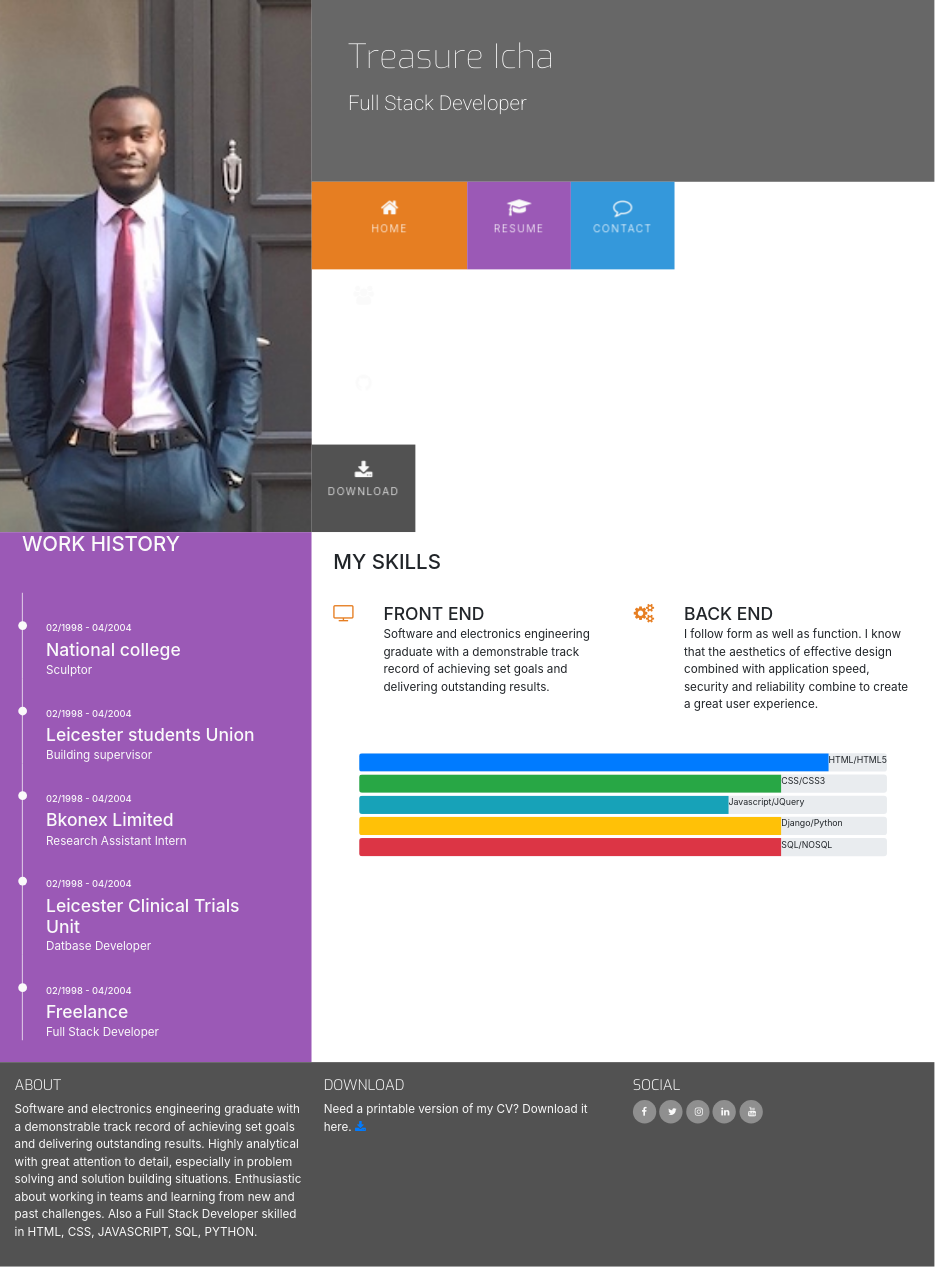
Repository: IchaTreasure/cv-project
Page: resume.html
The author's editor kept a record of every edit. The page is drawn from the files as they stood at one moment, then again after the next edit.
The browser window is 1280 px wide. The page is 1295 px wide, so the pictures cover 1295 px, including what lies to the right of the window. The pictures show the whole page, at 73% of full size.

Above is the page before.

After the next edit:
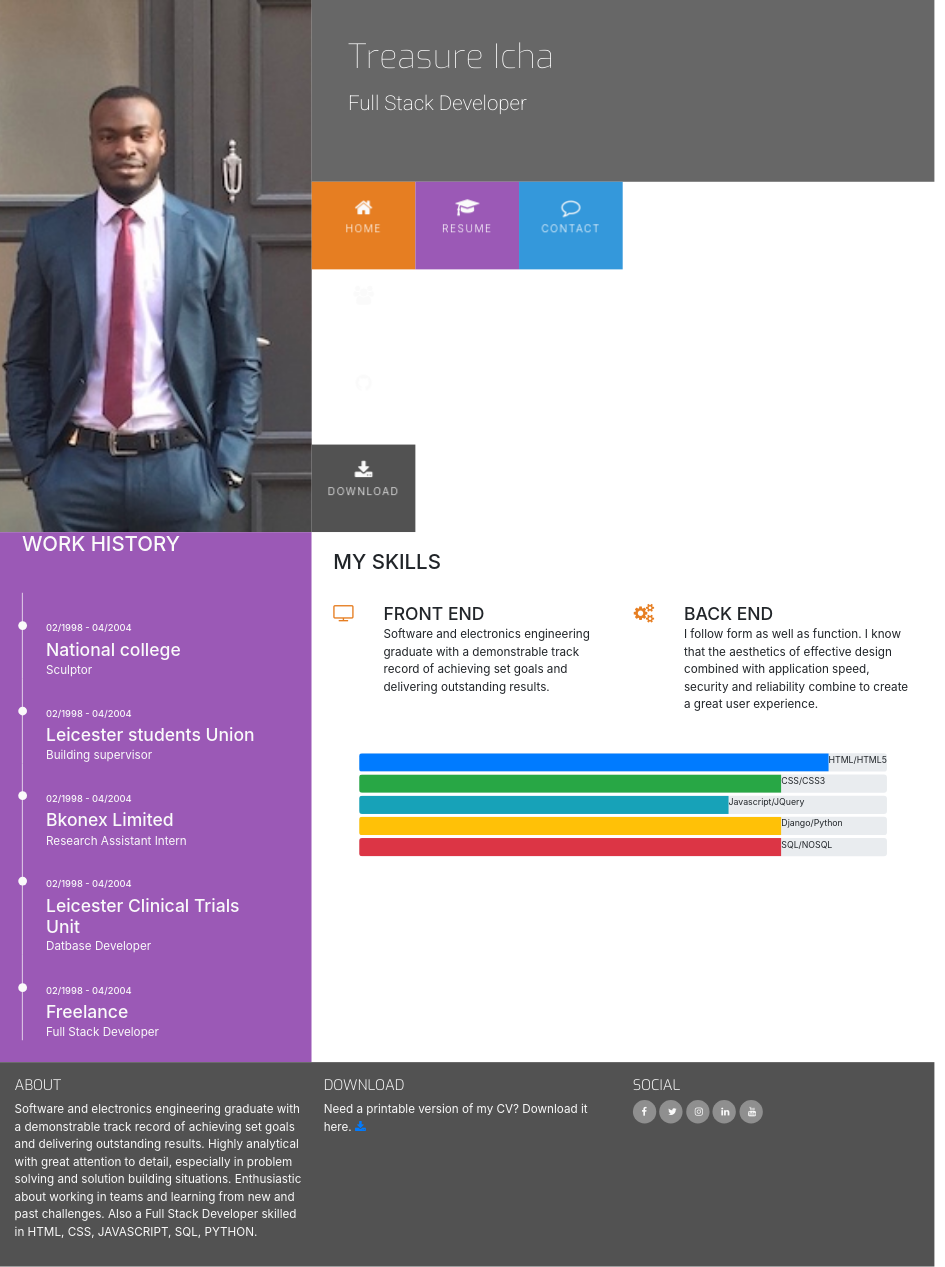
The edit:
--- a/resume.html
+++ b/resume.html
@@ -28,7 +28,7 @@
                 <div class="row no-gutters">
                     <div class="col">
                         <ul id="nav" class="list-inline menucontainer">
-                            <li class = "col-6 col-sm-3 ui-menu-color-home list-inline-item menuitem">
+                            <li class = "col-xs-6 col-sm-2 ui-menu-color-home list-inline-item menuitem">
                                 <a href="index.html" class = "hvr-sweep-to-bottom"><i class = " fa fa-home" aria-hidden="true"></i> <span>Home</span></a>
                             </li>
 
